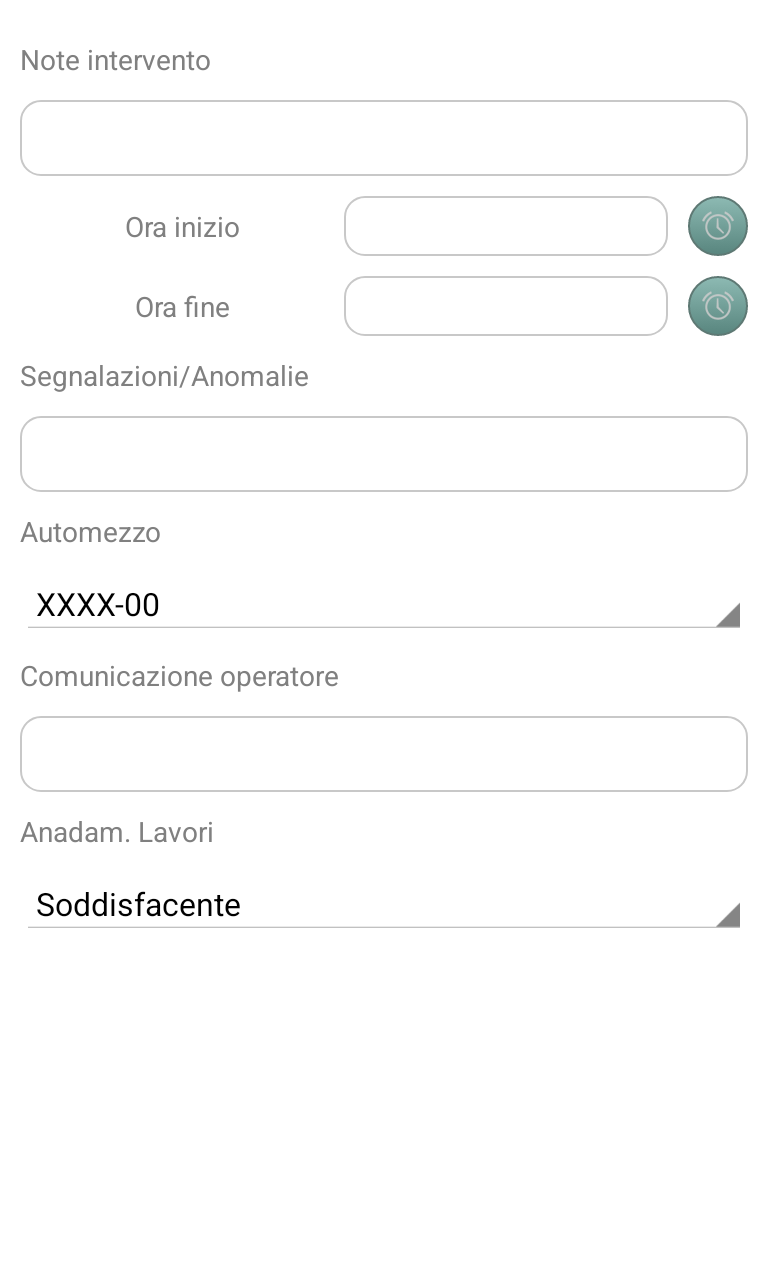
Repository: vincenzotandurella/winimpresamobile
Layout: workspace/WinImpresaMobile/res/layout/activity_buono.xml
The author's editor kept a copy of each file at every save. The layout is drawn from the files as they stood at one save, then again after the next save.
It is drawn on a 768 x 1280 px phone screen (xhdpi) without system bars, with theme CustomActionBarTheme; the app's code is not run.

Above is the layout before, as saved 2015-09-20 08:17:36.

### workspace/WinImpresaMobile/res/layout/activity_buono.xml
<RelativeLayout xmlns:android="http://schemas.android.com/apk/res/android"
    xmlns:tools="http://schemas.android.com/tools"
    android:layout_width="match_parent"
    android:layout_height="match_parent"
    android:background="#fff"

    tools:context="com.winimpresa.mobile.BuonoActivity" >

      <LinearLayout
            android:id="@+id/buttons"
            android:layout_width="fill_parent"
            android:layout_height="wrap_content"
            android:orientation="horizontal"
            android:gravity="center"
            android:background="@color/pressed_color"
            android:layout_alignParentBottom="true">
        <Button
                android:layout_width="wrap_content"
                android:layout_height="wrap_content"
                android:text="Custom Button1"/>
        <Button
                android:layout_width="wrap_content"
                android:layout_height="wrap_content"
                android:text="Custom Button2"/>
    </LinearLayout>
     <ScrollView
     android:layout_width="match_parent"
     android:layout_height="match_parent"
     android:layout_marginTop="20dp"
     android:background="#fff"
      android:paddingLeft="10sp"
     android:paddingRight="10sp"

     >
     <LinearLayout
        android:layout_width="match_parent"
        android:layout_height="wrap_content"
        android:orientation="vertical"
        android:background="#fff"
         >

       <TextView
              android:layout_width="match_parent"
              android:layout_height="30dp"
              android:textColor="#fff"
              android:hint="@string/labelNote"
              android:gravity="left"

              />


       <EditText
				android:id="@+id/noteIntervento"
				android:layout_width="match_parent"
				android:gravity="start"
                 android:layout_height="wrap_content"
				android:textSize="13sp"
				android:padding="10dp"
				android:maxLines="3"
				android:textColor="#000"
				android:inputType="textMultiLine"
				android:scrollbars="vertical"
				android:background="@drawable/edittext_style"

		/>

        <LinearLayout
            android:layout_width="match_parent"
            android:layout_height="wrap_content"
            android:orientation="horizontal"
            android:layout_marginTop="10dp"
            android:background="#fff"
          >
           <TextView
              android:layout_width="match_parent"
              android:layout_height="30dp"
              android:textColor="#fff"
              android:hint="@string/labelTimeStart"
              android:gravity="center"
              android:layout_weight="1"
              />

          <TextView
              android:id="@+id/oraInizio"
              android:layout_width="match_parent"
              android:layout_height="30dp"
              android:background="@drawable/edittext_style"
              android:gravity="center"
              android:layout_weight="1"
              />

            <ImageButton
    		android:id="@+id/buttonOraInizio"
    		android:contentDescription="@string/labelTimeStart"
    		android:layout_width="30dp"
           android:layout_marginLeft="10dp"
    		android:background="@layout/style_button_addbuono"
    		android:src="@android:drawable/ic_lock_idle_alarm"
    	    android:layout_height="30dp"
    	    android:layout_weight="0"
    	    />


        </LinearLayout>


        <LinearLayout
            android:layout_width="match_parent"
            android:layout_height="wrap_content"
            android:orientation="horizontal"
            android:layout_marginTop="10dp"
            android:background="#fff"
          >
           <TextView
              android:layout_width="match_parent"
              android:layout_height="30dp"
              android:textColor="#fff"
              android:hint="@string/labelTimeEnd"
              android:gravity="center"
              android:layout_weight="1"
              />

          <TextView
              android:id="@+id/oraFine"
              android:layout_width="match_parent"
              android:layout_height="30dp"
              android:background="@drawable/edittext_style"
              android:gravity="center"
              android:layout_weight="1"
              />

            <ImageButton
    		android:id="@+id/buttonOraFine"
    		android:contentDescription="@string/labelTimeEnd"
    		android:layout_width="30dp"
            android:layout_marginLeft="10sp"
    		android:background="@layout/style_button_addbuono"
    		android:src="@android:drawable/ic_lock_idle_alarm"
    	    android:layout_height="30dp"
    	    android:layout_weight="0"
    	    />


        </LinearLayout>


             <TextView
              android:layout_width="match_parent"
              android:layout_height="30dp"
              android:layout_marginTop="10dp"
              android:textColor="#fff"
              android:hint="@string/labelReports"
              android:gravity="left"

              />


       <EditText
				android:id="@+id/segnalzioni"
				android:layout_width="match_parent"
				android:gravity="start"
                 android:layout_height="wrap_content"
				android:textSize="13sp"
				android:padding="10dp"
				android:maxLines="3"
				android:textColor="#000"
				android:inputType="textMultiLine"
				android:scrollbars="vertical"
				android:background="@drawable/edittext_style"

		/>

          <TextView
              android:layout_width="match_parent"
              android:layout_height="30dp"
              android:layout_marginTop="10dp"
              android:textColor="#fff"
              android:hint="@string/labelMotor"
              android:gravity="left"
              />

          <Spinner
              android:id="@+id/motorTarg"
			  android:layout_width="match_parent"
			  android:gravity="start"
			  android:entries="@array/targhe"
              android:layout_height="wrap_content"
			  android:textSize="13sp"
            />

          <TextView
              android:layout_width="match_parent"
              android:layout_height="30dp"
              android:layout_marginTop="10dp"
              android:textColor="#fff"
              android:hint="@string/labelComunication"
              android:gravity="left"
              />


       <EditText
				android:id="@+id/counicazioneOperatore"
				android:layout_width="match_parent"
				android:gravity="start"
                 android:layout_height="wrap_content"
				android:textSize="13sp"
				android:padding="10dp"
				android:maxLines="3"
				android:textColor="#000"
				android:inputType="textMultiLine"
				android:scrollbars="vertical"
				android:background="@drawable/edittext_style"

		/>

         <TextView
              android:layout_width="match_parent"
              android:layout_height="30dp"
              android:layout_marginTop="10dp"
              android:textColor="#fff"
              android:hint="@string/labelAndam"
              android:gravity="left"
              />

          <Spinner
              android:id="@+id/andamLavori"
			  android:layout_width="match_parent"
			  android:gravity="start"
			  android:entries="@array/andam"
              android:layout_height="wrap_content"
			  android:textSize="13sp"
            />

     </LinearLayout>



    </ScrollView>




</RelativeLayout>

### workspace/WinImpresaMobile/res/values/themes.xml
<?xml version="1.0" encoding="utf-8"?>
<resources>
    <!-- the theme applied to the application or activity -->
    <style name="CustomActionBarTheme"
           parent="@android:style/Theme.Holo.Light.DarkActionBar">
        <item name="android:actionBarStyle">@style/MyActionBar</item>

    </style>

    <!-- ActionBar styles -->
    <style name="MyActionBar"
           parent="@android:style/Widget.Holo.Light.ActionBar.Solid.Inverse">
        <item name="android:background">@color/pressed_color</item>
    </style>
</resources>

### workspace/WinImpresaMobile/res/values/color.xml
<?xml version="1.0" encoding="utf-8"?>
<resources>
    <color name="pressed_color" >#345953</color>
    <color name="default_color" >#689a92</color>
</resources>

### workspace/WinImpresaMobile/res/values/strings.xml
<?xml version="1.0" encoding="utf-8"?>
<resources>

    <string name="app_name">WinImpresa Mobile</string>
    <string name="benvenute">Ciao da WinImpresa Mobile</string>
    <string name="action_settings">Settings</string>
    <string name="employee">Dipendente</string>
    <string name="descriptionLogo">Logo winImpresa</string>
    <string name="startJob">Inizia lavoro</string>
    <string name="title_activity_buoni">BuoniActivity</string>
    <string name="descriptionButtonAdd">Aggiungi un nuovo buono</string>
    <string name="listBuoni">Lista buoni</string>
    <string name="msgSuccessBuono">Buono aggiunto con successo</string>
    <string name="title_activity_buono">Notizie buono</string>
    <string name="labelNote">Note intervento</string>
    <string name="labelTimeStart">Ora inizio</string>
    <string name="labelTimeEnd">Ora fine</string>
    <string name="labelReports">Segnalazioni/Anomalie</string>
    <string name="labelMotor">Automezzo</string>
    <string name="labelComunication">Comunicazione operatore</string>
    <string name="labelAndam">Anadam. Lavori</string>



     <string-array name="targhe">
         <item>XXXX-00</item>
         <item>XXXX-01</item>
         <item>XXXX-02</item>
         <item>XXXX-03</item>
         <item>XXXX-04</item>
     </string-array>

       <string-array name="andam">
         <item>Soddisfacente</item>
         <item>Mediocre</item>
         <item>Insufficiente</item>

     </string-array>

</resources>

### workspace/WinImpresaMobile/res/drawable/edittext_style.xml
<shape xmlns:android="http://schemas.android.com/apk/res/android"
android:thickness="0dp"
android:shape="rectangle">
<stroke android:width="1dp"
        android:color="#c8c8c8"/>
<corners android:radius="10dp"/>
</shape>

### workspace/WinImpresaMobile/res/layout/style_button_addbuono.xml
<?xml version="1.0" encoding="utf-8"?>
<!-- Copyright (C) 2013 The Android Open Source Project Licensed under the
	Apache License, Version 2.0 (the "License"); you may not use this file except
	in compliance with the License. You may obtain a copy of the License at http://www.apache.org/licenses/LICENSE-2.0
	Unless required by applicable law or agreed to in writing, software distributed
	under the License is distributed on an "AS IS" BASIS, WITHOUT WARRANTIES
	OR CONDITIONS OF ANY KIND, either express or implied. See the License for
	the specific language governing permissions and limitations under the License. -->
<selector xmlns:android="http://schemas.android.com/apk/res/android">


 <item android:state_pressed="true" >
     <shape android:shape="rectangle"  >
         <corners android:radius="55dip" />
         <stroke android:width="1dip" android:color="#5e7974" />
         <gradient android:angle="-90" android:startColor="#345953" android:endColor="#689a92"  />
     </shape>
 </item>
<item android:state_focused="true">
     <shape android:shape="rectangle"  >
         <corners android:radius="55dip" />
         <stroke android:width="1dip" android:color="#5e7974" />
         <solid android:color="#58857e"/>
     </shape>
 </item>
<item >
    <shape android:shape="rectangle"  >
         <corners android:radius="55dip" />
         <stroke android:width="1dip" android:color="#5e7974" />
         <gradient android:angle="-90" android:startColor="#8dbab3" android:endColor="#58857e" />
     </shape>
 </item>
</selector>

After the next save:
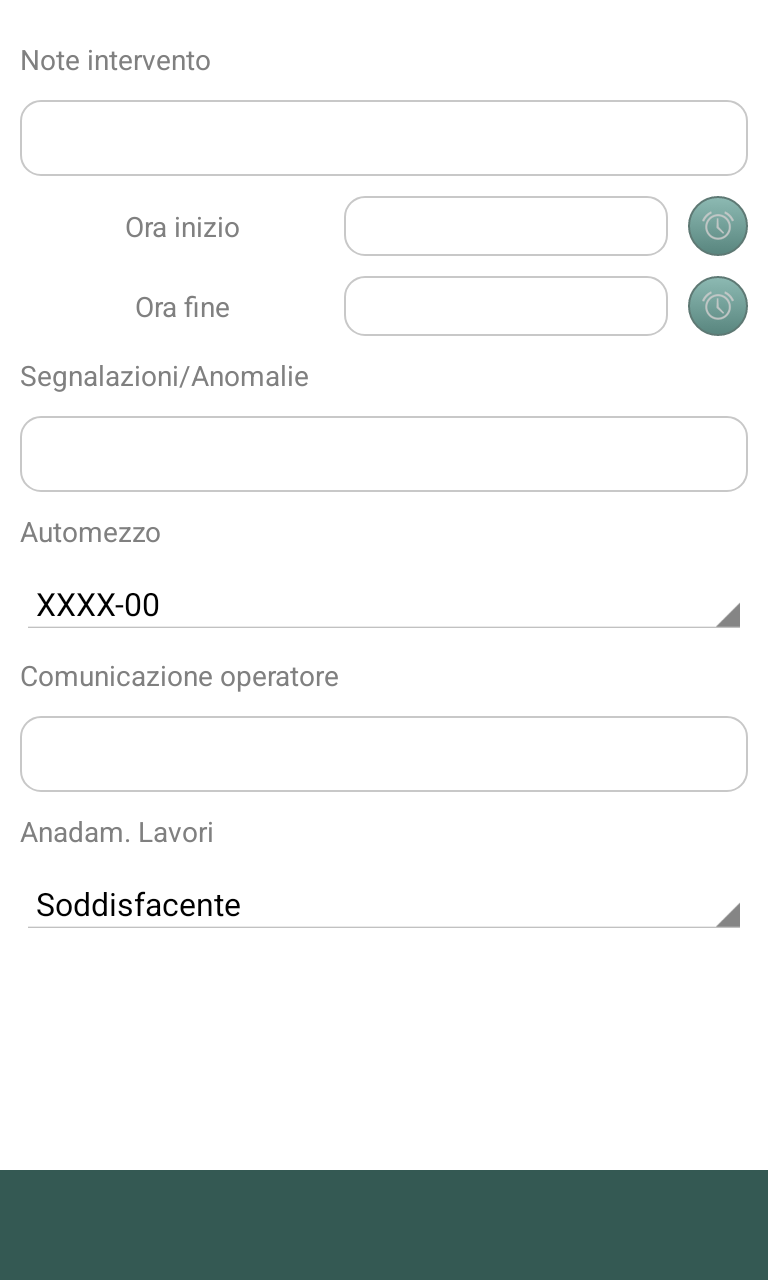
Saved 98 s later.
--- a/workspace/WinImpresaMobile/res/layout/activity_buono.xml
+++ b/workspace/WinImpresaMobile/res/layout/activity_buono.xml
@@ -6,23 +6,7 @@
 
     tools:context="com.winimpresa.mobile.BuonoActivity" >
 
-      <LinearLayout
-            android:id="@+id/buttons"
-            android:layout_width="fill_parent"
-            android:layout_height="wrap_content"
-            android:orientation="horizontal"
-            android:gravity="center"
-            android:background="@color/pressed_color"
-            android:layout_alignParentBottom="true">
-        <Button
-                android:layout_width="wrap_content"
-                android:layout_height="wrap_content"
-                android:text="Custom Button1"/>
-        <Button
-                android:layout_width="wrap_content"
-                android:layout_height="wrap_content"
-                android:text="Custom Button2"/>
-    </LinearLayout>
+
      <ScrollView
      android:layout_width="match_parent"
      android:layout_height="match_parent"
@@ -237,7 +221,17 @@
 
     </ScrollView>
 
-
+     <LinearLayout
+    android:layout_width="fill_parent"
+    android:layout_height="55dp"
+    android:id="@+id/down"
+    android:background="@color/pressed_color"
+    android:layout_alignParentBottom="true"
+    android:orientation="vertical"
+         >
+
+
+     </LinearLayout>
 
 
 </RelativeLayout>

After the 2 saves that followed:
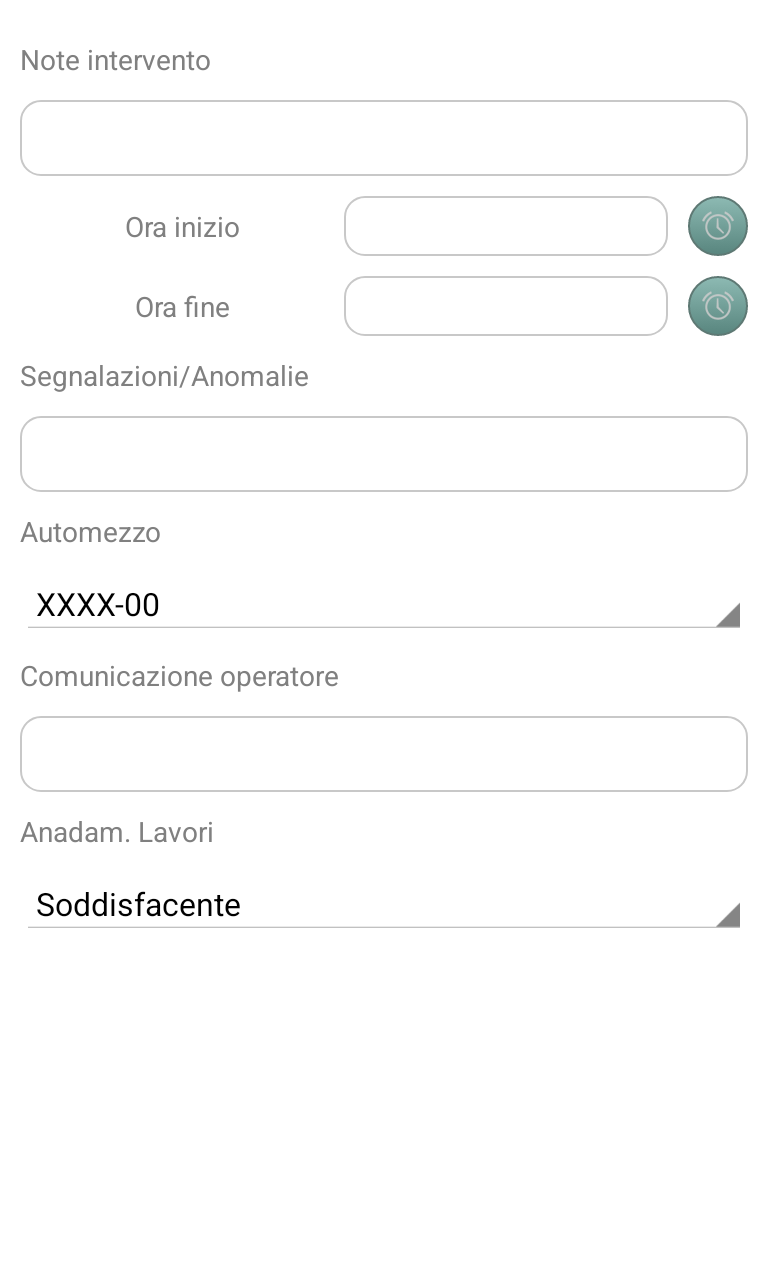
The 2 saves are shown as one change because 1 did not build or start.
The last was saved 14 s later.
--- a/workspace/WinImpresaMobile/res/layout/activity_buono.xml
+++ b/workspace/WinImpresaMobile/res/layout/activity_buono.xml
@@ -1,4 +1,4 @@
-<RelativeLayout xmlns:android="http://schemas.android.com/apk/res/android"
+<LinearLayout  xmlns:android="http://schemas.android.com/apk/res/android"
     xmlns:tools="http://schemas.android.com/tools"
     android:layout_width="match_parent"
     android:layout_height="match_parent"
@@ -234,4 +234,4 @@
      </LinearLayout>
 
 
-</RelativeLayout>
+    </LinearLayout>
